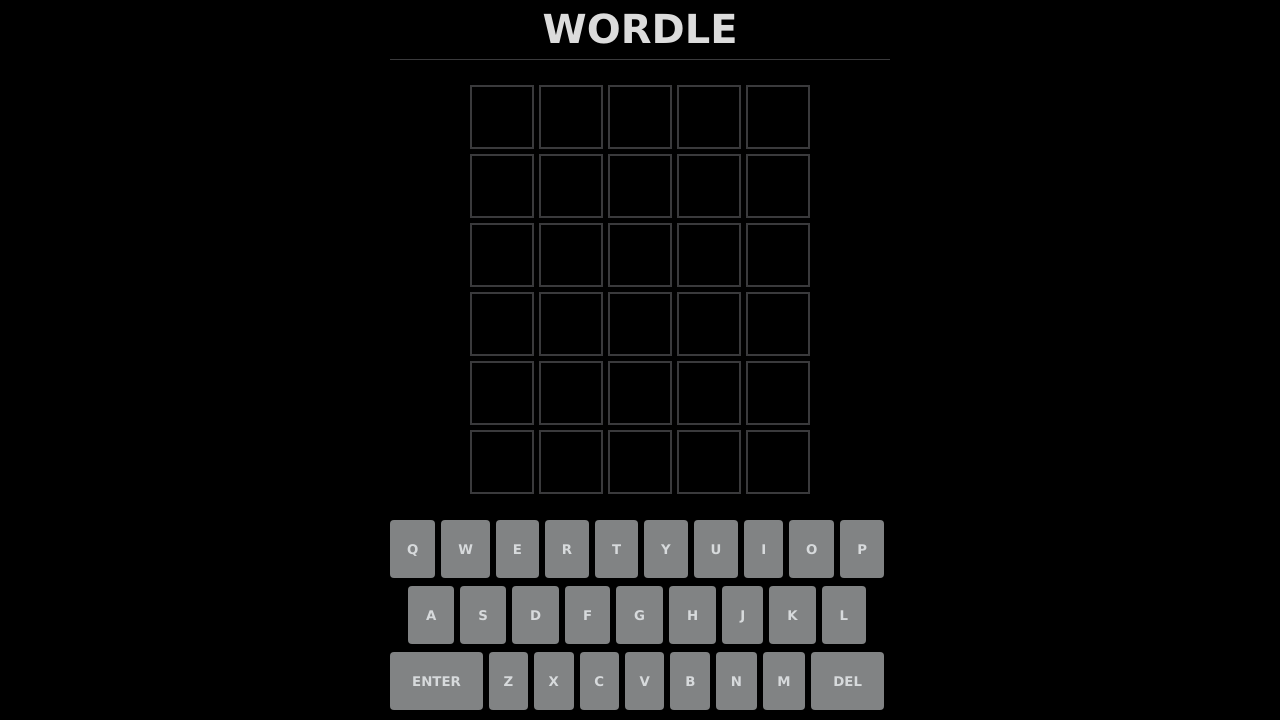
Repository: devkthines/wordle-clone
Page: index.html
The author's editor kept a copy of each file at every save. The page is drawn from the files as they stood at one save, then again after the next save.
The browser window is 1280 px wide. The pictures show the whole page.
After loading, the first visible `button` was clicked once.

Above is the page before, as saved 2023-11-10 21:33:58.

After the next save:
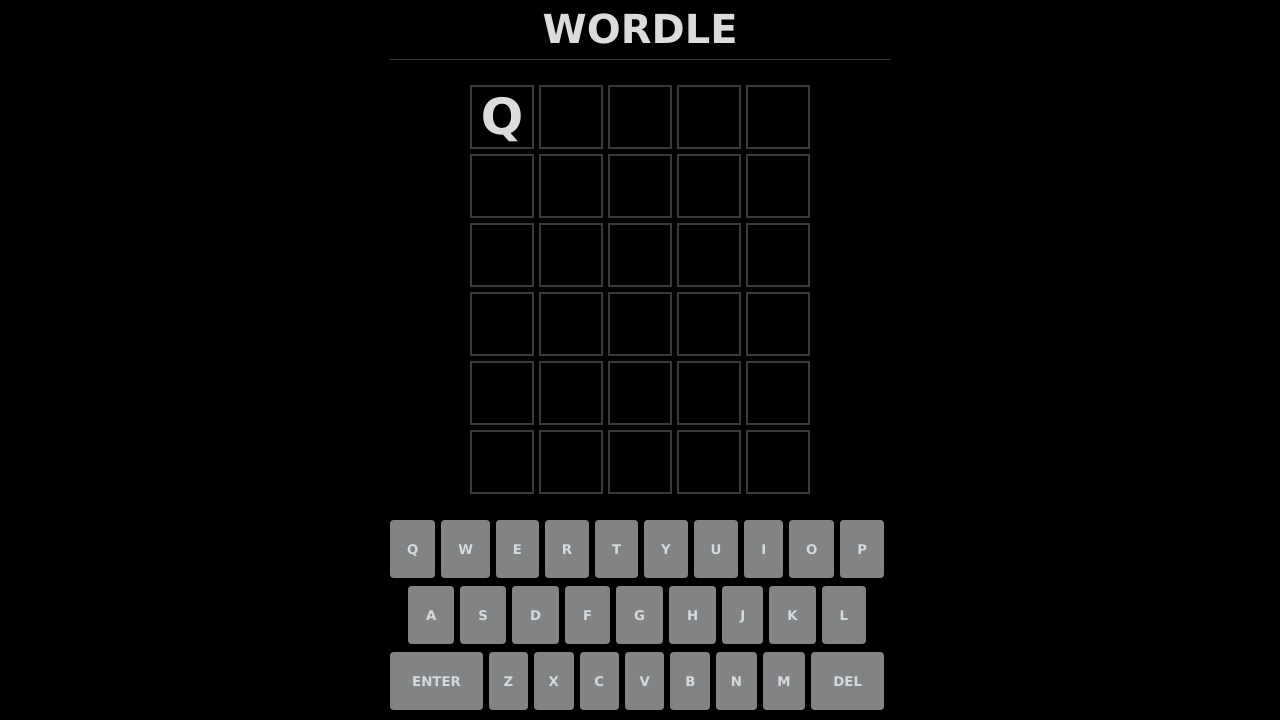
Saved 5 s later.
--- a/js/main.js
+++ b/js/main.js
@@ -38,7 +38,9 @@
             const letter = target.getAttribute('data-key');
             console.log(letter)
 
-            if(letter === 'enter')
+            if(letter === 'enter'){
+
+            }
 
             updateGuessedWords(letter)
         }
